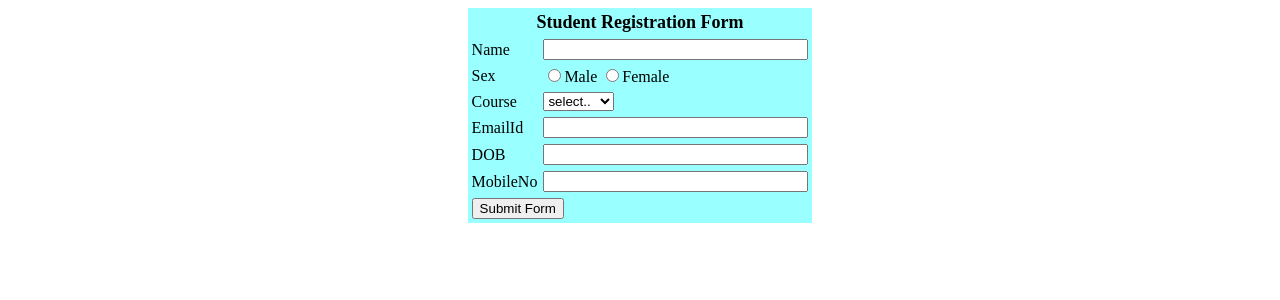
Repository: pradeep2793/DemoRepo
Page: http://localhost/GoogleLogin/WEB-INF/views/index.jsp
These files come from the project's save history. The page is drawn as it stood at one moment and after the next save; the edit follows.
The browser window is 1280 px wide. The pictures show the whole page.
The page is served by Tomcat 9. Nobody is signed in. The template is opened directly, without the code that normally fills it, so the values that code supplies are empty.

Above is the page before, as saved 2021-02-24 14:01:08.

After the next save:
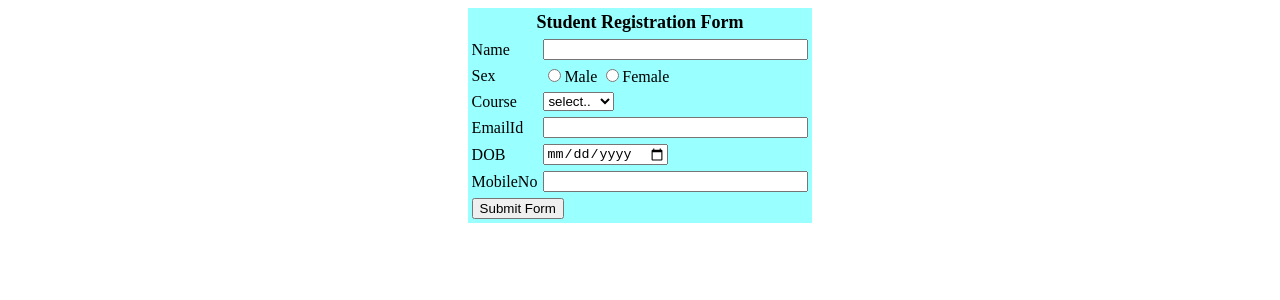
Saved 55 s later.
--- a/GoogleCaptcha/GoogleLogin/src/main/webapp/WEB-INF/views/index.jsp
+++ b/GoogleCaptcha/GoogleLogin/src/main/webapp/WEB-INF/views/index.jsp
@@ -47,7 +47,7 @@
 
 			<tr>
 				<td>DOB</td>
-				<td><input type="text" name="dob" id="dob" size="30"></td>
+				<td><input type="date" name="dob" id="dob" size="30"></td>
 			</tr>
 
 			<tr>
